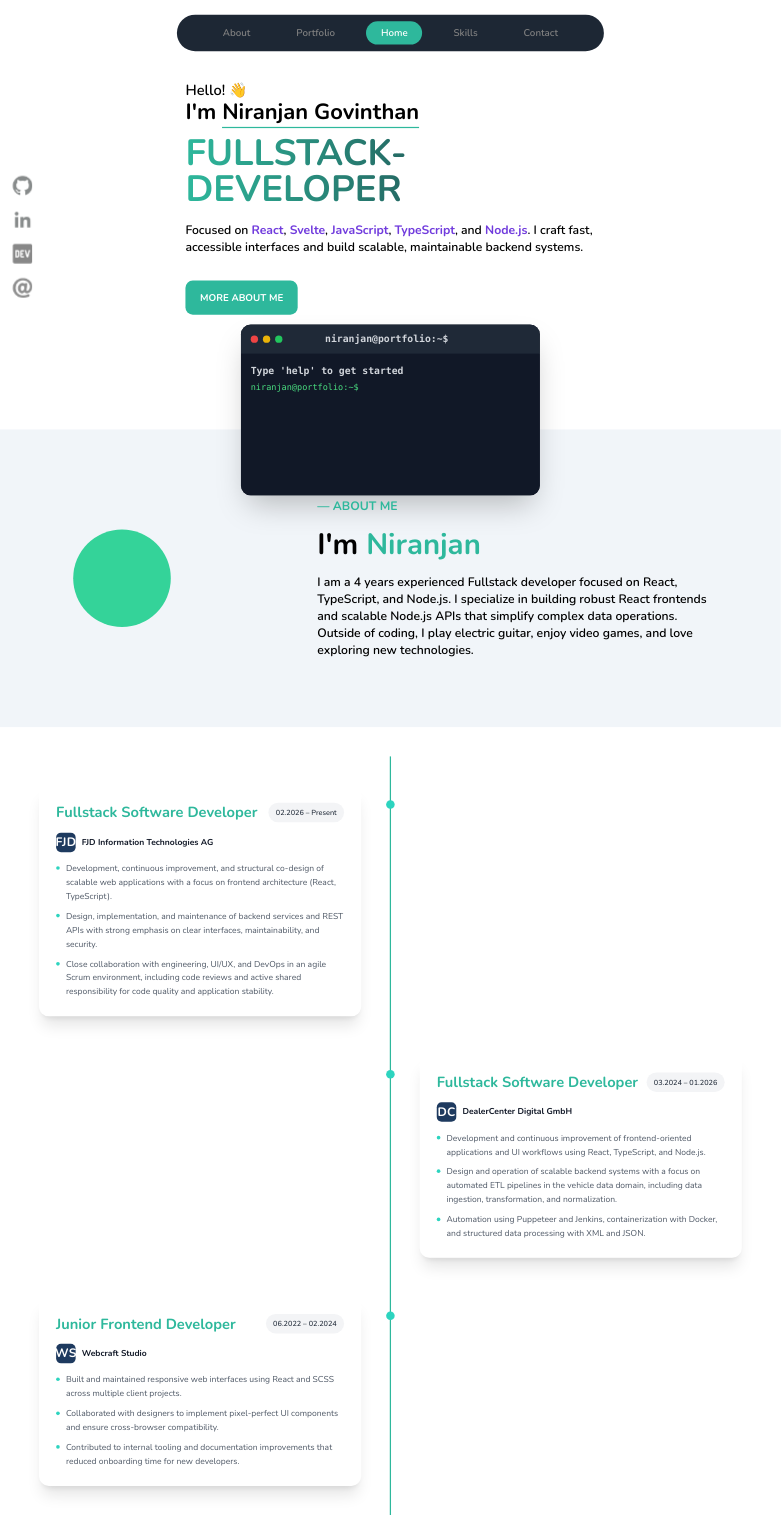
Repository: Niranjan-webdev/My-portfolio
Page: /
The author's editor kept a copy of each file at every save. The page is drawn from the files as they stood at one save, then again after the next save.
The browser window is 1280 px wide. The pictures show the whole page, at 61% of full size.
The project was rebuilt for these pictures with package versions that can differ from the ones it lists, and the page was loaded fresh each time. Also part of the build but not shown: next.config.mjs.

Above is the page before, as saved 2026-03-21 12:17:04.

After the next save:
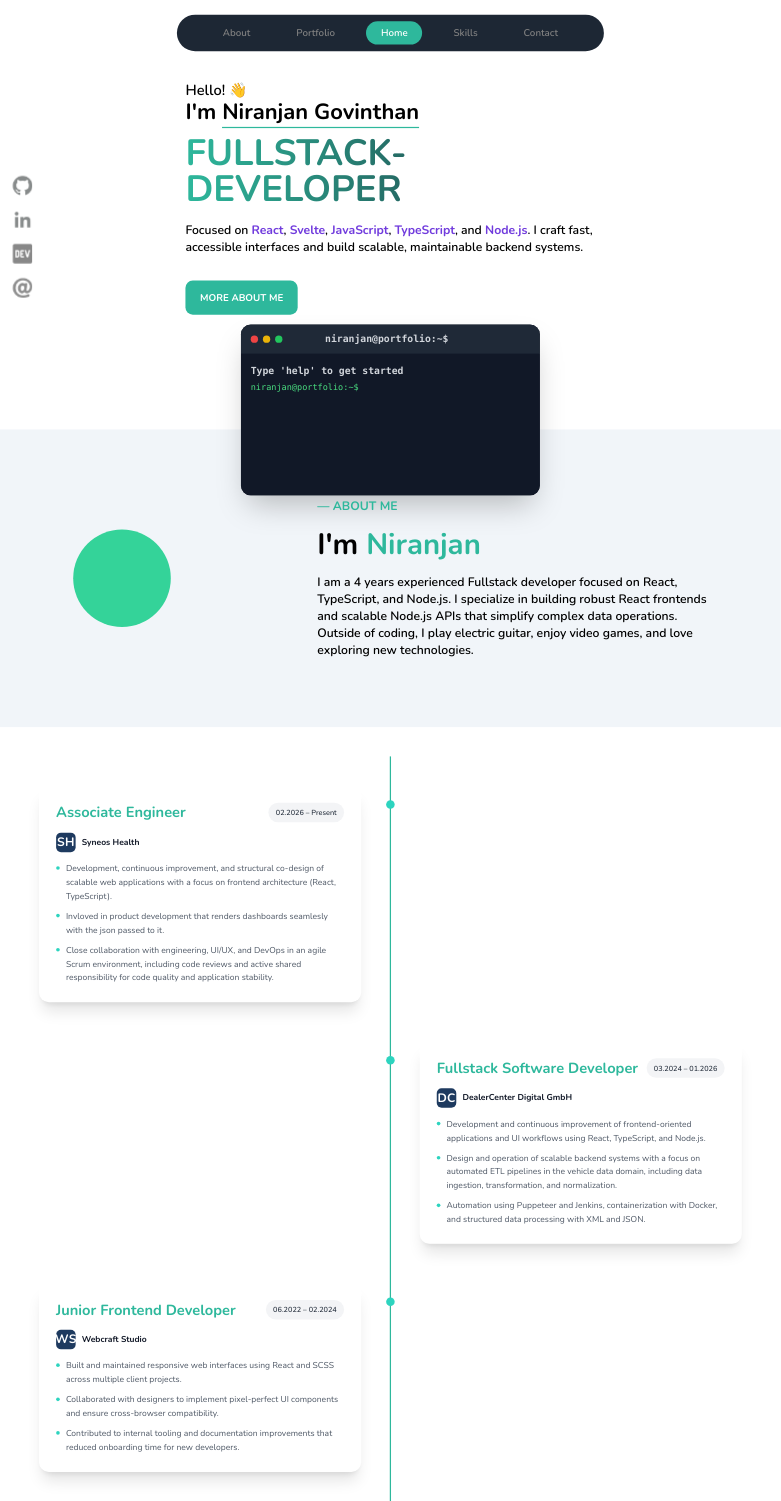
Saved 9 s later.
--- a/src/components/timeLine.js
+++ b/src/components/timeLine.js
@@ -4,12 +4,12 @@ import TimelineCard from './TimelineCard';
 const timelineData = [
   {
     date: '02.2026 – Present',
-    title: 'Fullstack Software Developer',
-    company: 'FJD Information Technologies AG',
-    companyInitials: 'FJD',
+    title: 'Associate Engineer',
+    company: 'Syneos Health',
+    companyInitials: 'SH',
     bullets: [
       'Development, continuous improvement, and structural co-design of scalable web applications with a focus on frontend architecture (React, TypeScript).',
-      'Design, implementation, and maintenance of backend services and REST APIs with strong emphasis on clear interfaces, maintainability, and security.',
+      'Invloved in product development that renders dashboards seamlesly with the json passed to it.',
       'Close collaboration with engineering, UI/UX, and DevOps in an agile Scrum environment, including code reviews and active shared responsibility for code quality and application stability.',
     ],
     side: 'left',
